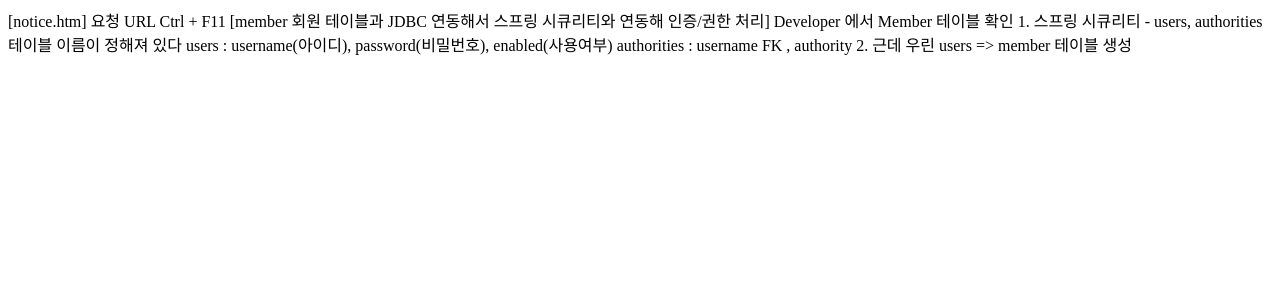
Repository: Vida0822/-
Page: SL11_SECURITY2_JDBC/src/main/webapp/customer/notice.htm
These files come from the project's save history. The page is drawn as it stood at one moment and after the next save; the edit follows.
The browser window is 1280 px wide. The pictures show the whole page.

Above is the page before, as saved 2023-07-05 00:28:30.

### SL11_SECURITY2_JDBC/src/main/webapp/customer/notice.htm
[notice.htm] 요청 URL
Ctrl + F11

[member 회원 테이블과 JDBC 연동해서 스프링 시큐리티와 연동해 인증/권한 처리]

 Developer 에서 Member 테이블 확인

1. 스프링 시큐리티 -  users, authorities 테이블 이름이 정해져 있다

	users : username(아이디), password(비밀번호), enabled(사용여부)
	authorities : username FK , authority


2. 근데 우린 users => member 테이블 생성

After the next save:
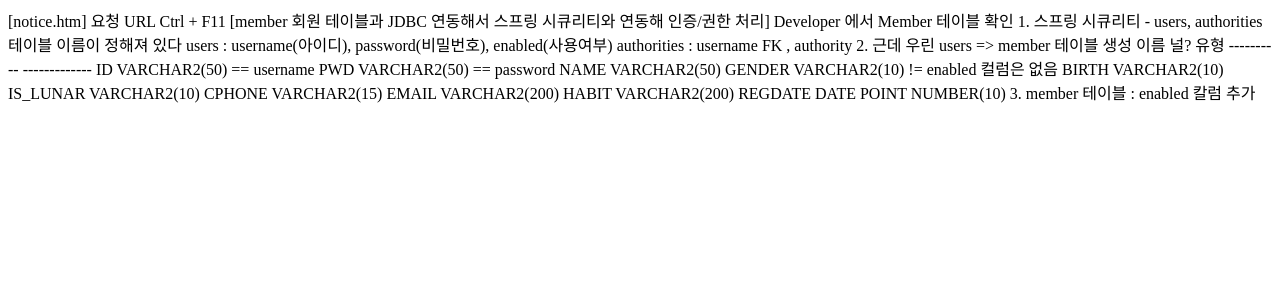
Saved 90 s later.
--- a/SL11_SECURITY2_JDBC/src/main/webapp/customer/notice.htm
+++ b/SL11_SECURITY2_JDBC/src/main/webapp/customer/notice.htm
@@ -12,3 +12,18 @@ Ctrl + F11
 
 
 2. 근데 우린 users => member 테이블 생성
+이름       널? 유형
+-------- -- -------------
+ID          VARCHAR2(50)  				== username
+PWD         VARCHAR2(50)  				== password
+NAME        VARCHAR2(50)
+GENDER      VARCHAR2(10)  			!= enabled 컬럼은 없음
+BIRTH       VARCHAR2(10)
+IS_LUNAR    VARCHAR2(10)
+CPHONE      VARCHAR2(15)
+EMAIL       VARCHAR2(200)
+HABIT       VARCHAR2(200)
+REGDATE     DATE
+POINT       NUMBER(10)
+
+3. member 테이블 : enabled 칼럼 추가
